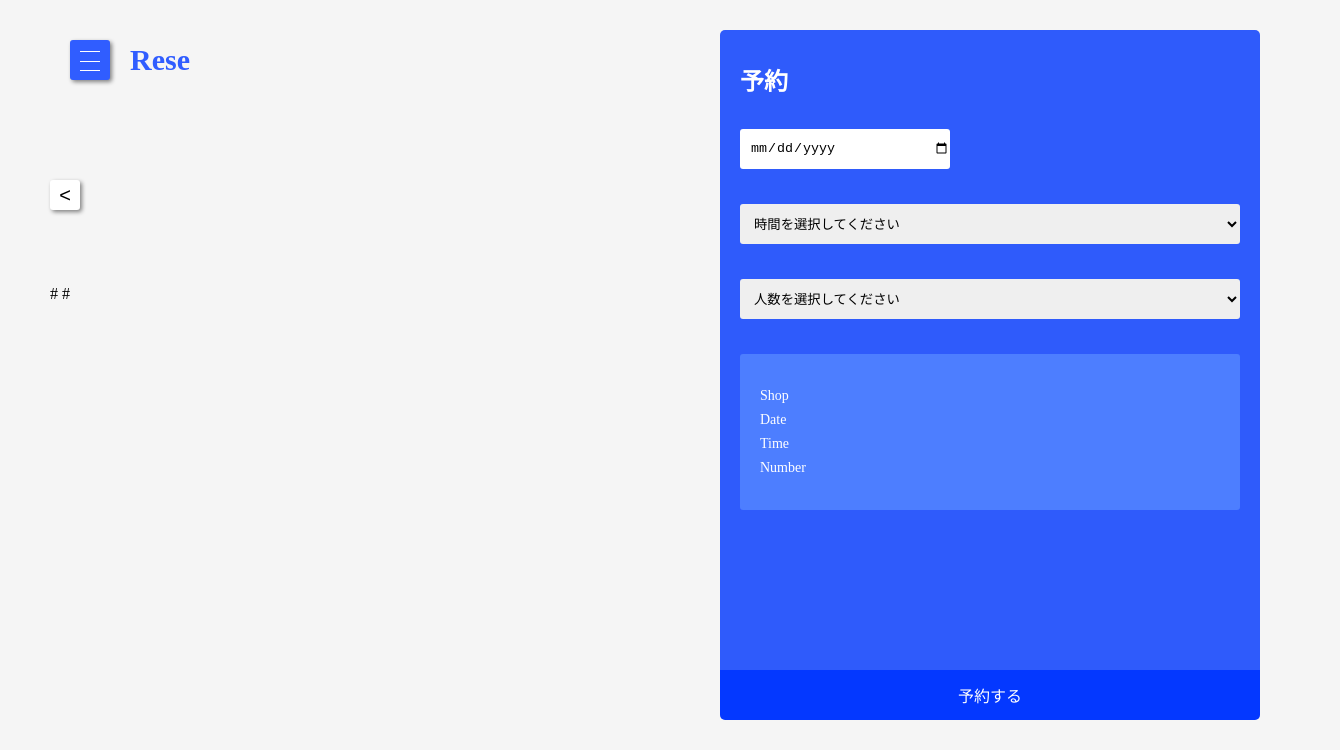
Repository: Haruka-Wada/Rese
Page: src/resources/views/shop_detail.blade.php
These files come from the project's save history. The page is drawn as it stood at one moment and after the next save; the edit follows.
The browser window is 1280 px wide. The page is 1340 px wide, then 1280 px, so the pictures cover 1340 px, including what lies to the right of the window. The pictures show the whole page.
The page is served by the project's Laravel application, run on PHP 8.4 with Laravel 8. Other server files are loaded and not shown. The template is opened directly, without the code that normally fills it, so the values that code supplies are empty.

Above is the page before, as saved 2024-11-19 15:05:11.

### src/routes/web.php
<?php

use App\Http\Controllers\ReseController;
use Illuminate\Database\Console\Migrations\ResetCommand;
use Illuminate\Support\Facades\Route;
use SebastianBergmann\GlobalState\Restorer;

/*
|--------------------------------------------------------------------------
| Web Routes
|--------------------------------------------------------------------------
|
| Here is where you can register web routes for your application. These
| routes are loaded by the RouteServiceProvider within a group which
| contains the "web" middleware group. Now create something great!
|
*/

Route::get('/', [ReseController::class, 'index']);
Route::get('/detail/{shop_id?}', [ReseController::class, 'detail']);
Route::get('/search', [ReseController::class, 'search']);

Route::middleware(['verified'])->group(function(){
    Route::middleware('auth')->group(function () {
        Route::get('/thanks', [ReseController::class, 'thanks']);
        Route::get('/mypage', [ReseController::class, 'myPage']);
        Route::post('/favorite', [ReseController::class, 'favorite']);
        Route::post('/reservation', [ReseController::class, 'reservation']);
        Route::get('/done', [ReseController::class, 'done']);
        Route::delete('/delete',[ReseController::class, 'reservationDelete']);
        Route::get('/edit', [ReseController::class, 'reservationEdit']);
        Route::patch('/edit/update', [ReseController::class, 'reservationUpdate']);
    });
});

### src/resources/views/shop_detail.blade.php
@extends('layouts/app')

@section('css')
<link rel="stylesheet" href="{{ asset('css/shop_detail.css') }}">
@endsection

@section('main')
<div class="main__container">
    <div class="shop__container">
        <div class="shop__name-area">
            <button onclick="location.href='/'">&lt;</button>
            <h2>{{ $shop->name }}</h2>
        </div>
        <div class="shop__img">
            <img src="{{ $shop->image}}" alt="">
        </div>
        <div class="shop__tag">
            <span>#{{ $shop->area->name }}</span>
            <span>#{{ $shop->genre->name }}</span>
        </div>
        <div class="shop__outline">
            <p>{{ $shop->outline }}</p>
        </div>
    </div>
    <div class="reservation__container">
        <div class="reservation__wrap">
            <div class="reservation__title">
                <h2>予約</h2>
            </div>
            <form action="/reservation" method="post" id="reservation">
                @csrf
                <div class="reservation__form">
                    <input type="hidden" name="shop_id" value="{{ $shop->id }}">
                    <input type="date" name="date" class="reservation__date">
                    <div class="reservation__error">
                        @error('date')
                        {{ $message }}
                        @enderror
                    </div>
                    <select name="time" id="" class="reservation__time">
                        <option disabled selected>時間を選択してください</option>
                        <option value="17:00">17:00</option>
                        <option value="17:30">17:30</option>
                        <option value="18:00">18:00</option>
                        <option value="18:30">18:30</option>
                        <option value="19:00">19:00</option>
                        <option value="19:30">19:30</option>
                        <option value="20:00">20:00</option>
                        <option value="20:30">20:30</option>
                        <option value="21:00">21:00</option>
                        <option value="21:30">21:30</option>
                        <option value="22:00">22:00</option>
                        <option value="22:30">22:30</option>
                        <option value="23:00">23:00</option>
                    </select>
                    <div class="reservation__error">
                        @error('time')
                        {{ $message }}
                        @enderror
                    </div>
                    <select name="number" id="" class="reservation__number">
                        <option disabled selected>人数を選択してください</option>
                        @for($i = 1; $i < 51; $i++)
                            <option value="{{ $i }}">{{ $i }}人</option>
                            @endfor
                    </select>
                    <div class="reservation__error">
                        @error('number')
                        {{ $message }}
                        @enderror
                    </div>
                </div>
            </form>
            <div class="reservation__confirm">
                <dl class="reservation__confirm-list">
                    <dt class="reservation__confirm-item">Shop</dt>
                    <dd class="reservation__confirm-content">{{ $shop->name }}</dd>
                </dl>
                <dl class="reservation__confirm-list">
                    <dt class="reservation__confirm-item">Date</dt>
                    <dd class="reservation__confirm-content" id="date"></dd>
                </dl>
                <dl class="reservation__confirm-list">
                    <dt class="reservation__confirm-item">Time</dt>
                    <dd class="reservation__confirm-content" id="time"></dd>
                </dl>
                <dl class="reservation__confirm-list">
                    <dt class="reservation__confirm-item">Number</dt>
                    <dd class="reservation__confirm-content" id="number"></dd>
                </dl>
            </div>
        </div>
        <div class="reservation__button">
            <button form="reservation">予約する</button>
        </div>
    </div>

    <script type="text/javascript">
        $(function() {
            const date = $('#date');
            $('[name=date]').change(function() {
                const selectedDate = $('[name=date]').val();
                const formatDate = new Date(selectedDate);
                const year = formatDate.getFullYear();
                const month = formatDate.getMonth() + 1;
                const day = formatDate.getDate();
                date.text(year + "/" + month + "/" + day);
            })
        })

        $(function() {
            const time = $('#time');
            $('[name=time]').change(function() {
                const selectedTime = $('[name=time] option:selected').text();
                time.text(selectedTime);
            });
        });

        $(function() {
            const number = $('#number');
            $('[name=number]').change(function() {
                const selectedNumber = $('[name=number] option:selected').text();
                number.text(selectedNumber);
            })
        })
    </script>
    @endsection

### src/resources/views/layouts/app.blade.php
<!DOCTYPE html>
<html lang="ja">

<head>
    <meta charset="UTF-8">
    <meta name="viewport" content="width=device-width, initial-scale=1.0">
    <meta name="csrf-token" content="{{ csrf_token()}}">
    <title>Rese</title>
    <link rel="stylesheet" href="{{ asset('css/sanitize.css') }}">
    <link rel="stylesheet" href="{{ asset('css/app.css') }}">
    @yield('css')
    <script src="https://ajax.googleapis.com/ajax/libs/jquery/3.3.1/jquery.min.js"></script>
</head>

<body>

    <header>
        <div class="header__wrapper">
            <button class="header__nav" onclick="navFunc()"></button>
            <nav class="header__hamburger">
                <ul class="hamburger__menu">
                    <li><a href="/" class="hamburger__menu-link">HOME</a></li>
                    @if(Auth::check())
                    <li>
                        <form action="/logout" method="post">
                            @csrf
                            <button class="hamburger__menu-logout">Logout</button>
                        </form>
                    </li>
                    <li><a href="/mypage" class="hamburger__menu-link">Mypage</a></li>
                    @else
                    <li><a href="/register" class="hamburger__menu-link registration">Registration</a></li>
                    <li><a href="/login" class="hamburger__menu-link">Login</a></li>
                    @endif
                </ul>
            </nav>
            <h1 class="header__logo">Rese</h1>
            @yield('search')
        </div>
    </header>
    <main class="main">
        @yield('main')
    </ま>

    <script type="text/javascript">
        function navFunc() {
            document.querySelector('html').classList.toggle('open');
        }
    </script>
</body>

</html>

### src/public/css/sanitize.css
/*
html5doctor.com Reset Stylesheet
v1.6.1
Last Updated: 2010-09-17
Author: Richard Clark - http://richclarkdesign.com
Twitter: @rich_clark
*/

html,
body,
div,
span,
object,
iframe,
h1,
h2,
h3,
h4,
h5,
h6,
p,
blockquote,
pre,
abbr,
address,
cite,
code,
del,
dfn,
em,
img,
ins,
kbd,
q,
samp,
small,
strong,
sub,
sup,
var,
b,
i,
dl,
dt,
dd,
ol,
ul,
li,
fieldset,
form,
label,
legend,
table,
caption,
tbody,
tfoot,
thead,
tr,
th,
td,
article,
aside,
canvas,
details,
figcaption,
figure,
footer,
header,
hgroup,
menu,
nav,
section,
summary,
time,
mark,
audio,
video {
    margin: 0;
    padding: 0;
    border: 0;
    outline: 0;
    font-size: 100%;
    vertical-align: baseline;
    background: transparent;
}

body {
    line-height: 1;
}

article,
aside,
details,
figcaption,
figure,
footer,
header,
hgroup,
menu,
nav,
section {
    display: block;
}

nav ul {
    list-style: none;
}

blockquote,
q {
    quotes: none;
}

blockquote:before,
blockquote:after,
q:before,
q:after {
    content: '';
    content: none;
}

a {
    margin: 0;
    padding: 0;
    font-size: 100%;
    vertical-align: baseline;
    background: transparent;
}

/* change colours to suit your needs */
ins {
    background-color: #ff9;
    color: #000;
    text-decoration: none;
}

/* change colours to suit your needs */
mark {
    background-color: #ff9;
    color: #000;
    font-style: italic;
    font-weight: bold;
}

del {
    text-decoration: line-through;
}

abbr[title],
dfn[title] {
    border-bottom: 1px dotted;
    cursor: help;
}

table {
    border-collapse: collapse;
    border-spacing: 0;
}

/* change border colour to suit your needs */
hr {
    display: block;
    height: 1px;
    border: 0;
    border-top: 1px solid #cccccc;
    margin: 1em 0;
    padding: 0;
}

input,
select {
    vertical-align: middle;
}

### src/public/css/app.css
body {
    background-color: whitesmoke;
    width: 100vw;
}

.header__wrapper {
    width: 90%;
    height: 60px;
    margin: 0 auto;
    display: flex;
    justify-content: space-between;
    align-items: center;
    padding: 30px 60px;
    position: fixed;
    z-index: 10;
    background-color: whitesmoke;
}

.header__nav {
    padding: 10px;
    margin: 10px;
    border: none;
    outline: none;
    background: none;
    width: 40px;
    height: 40px;
    cursor: pointer;
    background-color: #305DFF;
    box-shadow: 2px 2px 4px gray;
    border-radius: 3px;
    color: white;
}

.header__nav::before {
    content: '';
    display: block;
    height: 1px;
    background-color: currentColor;
    transform: translateY(-8px);
    transition: 0.3s ease-in-out;
    box-shadow: 0 10px currentColor;
}

.header__nav::after {
    content: '';
    display: block;
    height: 1px;
    background-color: currentColor;
    transform: translateY(10px);
    transition: 0.3s ease-in-out;
}

.open .header__nav {
    z-index: 1000;
}

.open .header__nav::before {
    transform: rotate(-45deg);
    box-shadow: none;
}

.open .header__nav::after {
    transform: rotate(45deg);
    box-shadow: none;
}

.header__logo {
    color: #305DFF;
    font-size: 30px;
    position: fixed;
    left: 130px;
    transition: 0.5s;
}

.header__hamburger {
    display: flex;
    justify-content: center;
    align-items: center;
    position: absolute;
    width: 0;
    height: 0;
    top: 45px;
    left: 55px;
    overflow: hidden;
    color: transparent;
    transition: 0.5s ease-in-out;
}

.open .header__hamburger {
    top: 0;
    left: 0;
    width: 100vw;
    height: 100vh;
    background-color: white;
    z-index: 100;
}

.hamburger__menu {
    padding: 10% 0;
}

.hamburger__menu li {
    text-align: center;
    list-style: none;
    line-height: 300%;
}

.hamburger__menu-link {
    color: #305DFF;
    font-size: 25px;
    text-decoration: none;
    font-weight: 550;
}

.hamburger__menu-logout {
    border: none;
    outline: none;
    background-color: white;
    color: #305DFF;
    font-size: 25px;
    margin: 20px;
}

.registration {
    display: inline-block;
    margin: 20px;
}

.main {
    padding-top: 130px;
}

@media screen and (max-width: 768px) {
    .header__wrapper {
        padding: 30px;
    }

    .header__logo {
        left: 100px;
    }

    .main {
        padding-top: 120px;
    }
}

### src/public/css/shop_detail.css
.header__wrapper {
    width: 40%;
}

.main {
    padding: 0;
}

.main__container {
    display: grid;
    grid-template-rows: 130px 1fr;
    grid-template-columns: 50% 1fr;
}

.shop__container {
    grid-row: 2/3;
    grid-column: 1/2;
    width: 80%;
    margin: 50px;
}

.shop__name-area {
    display: flex;
    align-items: center;
    padding-bottom: 30px;
}

.shop__name-area button {
    width: 30px;
    height: 30px;
    font-size: 20px;
    background-color: white;
    border: none;
    border-radius: 3px;
    box-shadow: 2px 2px 4px gray;
}

.shop__name-area h2 {
    padding-left: 20px;
    font-size: 30px;
}
.shop__img {
    width: 100%;
}

.shop__img img{
    width: 100%;
}

.shop__tag {
    padding: 30px 0;
}

.shop__outline {
    line-height: 1.3;
}

.reservation__container {
    width: 100%;
    grid-row: 1/3;
    grid-column: 2/3;
    padding: 30px;
}

.reservation__wrap {
    background-color: #2F5BFB;
    border-radius: 5px 5px 0 0;
    padding: 20px 20px 160px;
    margin: 0 50px;
}

.reservation__title {
    color: white;
    padding: 20px 0;
    font-size: 24px;
}

.reservation__date {
    width: 40%;
    height: 40px;
    border: none;
    border-radius: 3px;
    padding-left: 10px;
    margin: 15px 0;
}

.reservation__time, .reservation__number{
    width: 100%;
    height: 40px;
    border: none;
    border-radius: 3px;
    padding-left: 10px;
    margin-bottom: 15px;
}

.reservation__confirm {
    background-color: #4D7EFF;
    border-radius: 3px;
    color: white;
    padding: 30px 20px;
}

.reservation__confirm-list {
    font-size: 14px;
    display: flex;
    padding: 5px 0;
}

.reservation__confirm-item {
    width: 25%;
}

.reservation__confirm-content {
    width: 75%;
}
.reservation__button {
    height: 50px;
    display: flex;
    align-items: center;
    margin: 0 50px;
    border-radius: 0 0 5px 5px;
    text-align: center;
}

.reservation__button button {
    width: 100%;
    height: 100%;
    font-size: 16px;
    border: none;
    border-radius: 0 0 5px 5px;
    background-color: #0438FF;
    color: white;
}

.reservation__error {
    color:  white;
    font-size: 14px;
    margin-bottom: 20px;
}

@media screen and (max-width:768px) {
    .header__wrapper {
        width: 100%;
    }

    .main__container {
        display: block;
        padding: 0 30px;
    }

    .shop__container {
        width: 100%;
    }

    .reservation__container {
        width: 100%;
        left: 0px;
        margin-top: 30px;
    }

    .reservation__wrap {
        height: auto;
        margin: 0 30px;
    }

    .reservation__date {
        width: 95%;
    }

    .reservation__button {
        margin: 0 30px;
    }
}

After the next save:
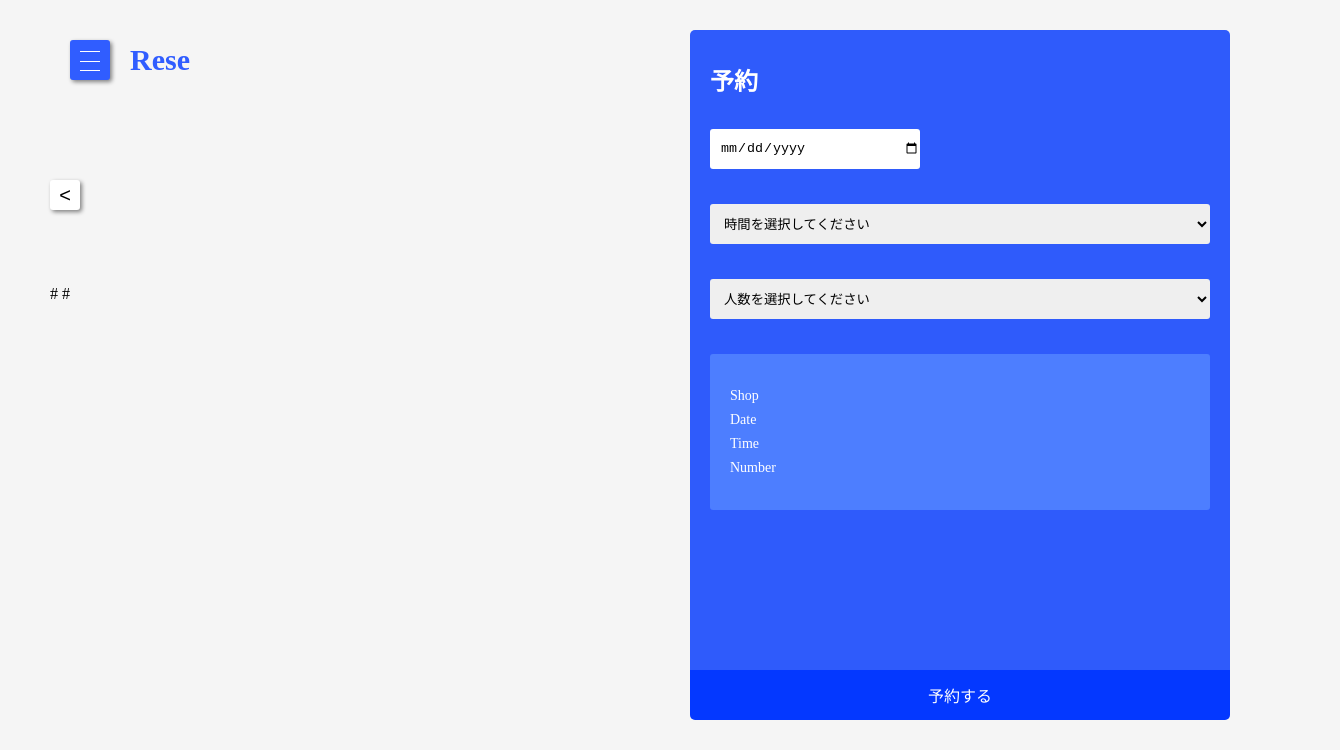
Saved 29 s later.
--- a/src/public/css/shop_detail.css
+++ b/src/public/css/shop_detail.css
@@ -59,7 +59,7 @@
     width: 100%;
     grid-row: 1/3;
     grid-column: 2/3;
-    padding: 30px;
+    padding: 30px 0;
 }
 
 .reservation__wrap {
